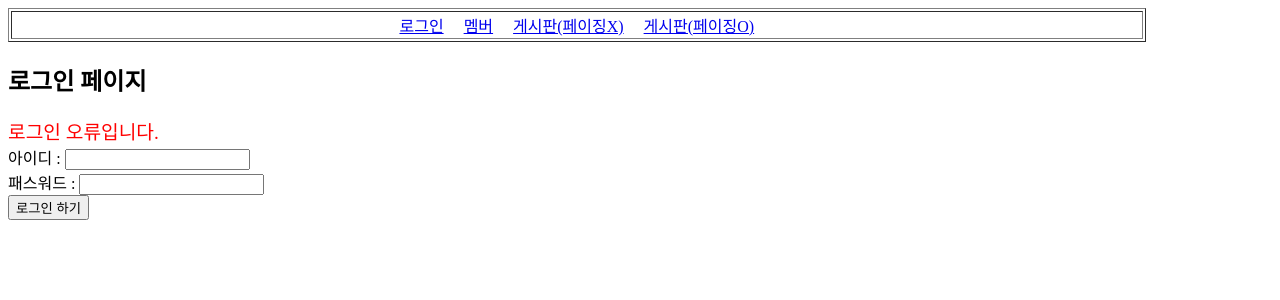
Repository: jungwoonAn/jsp_basic
Page: http://localhost/MustHaveJSP/06_Session/LoginProcess.jsp
An editor plug-in stored every save of this project. The page is shown before and after the next save, followed by the edit.
The browser window is 1280 px wide. The pictures show the whole page.
The page is served by Tomcat 10. Other server files are loaded and not shown. Queries for data that is not in the repository find no rows.

Above is the page before, as saved 2024-10-21 07:07:28.

### MustHaveJSP/src/main/webapp/06_Session/LoginProcess.jsp
<%@page import="membership.MemberDAO"%>
<%@page import="membership.MemberVO"%>
<%@ page language="java" contentType="text/html; charset=UTF-8"
    pageEncoding="UTF-8"%>
<%
// 로그인 폼으로부터 받은 파라미터(아이디/패스워드)
String userId = request.getParameter("user_id");
String userPass = request.getParameter("user_pass");

// web.xml에서 가져온 데이터베이스 연결 정보
String oracleDriver = application.getInitParameter("OracleDriver");
String oracleURL = application.getInitParameter("OracleURL");
String oracleId = application.getInitParameter("OracleId");
String oraclePwd = application.getInitParameter("OraclePwd");

// 회원 테이블 DAO를 통해 회원 정보 VO 획득
MemberDAO mDao = new MemberDAO(oracleDriver, oracleURL, oracleId, oraclePwd);
MemberVO mVo = mDao.getMember(userId, userPass);
mDao.close();

// 로그인 성공 여부에 따른 처리
if(mVo.getId() != null){
	//로그인 성공
	session.setAttribute("UserId", mVo.getId());
	session.setAttribute("UserName", mVo.getName());
	response.sendRedirect("LoginForm.jsp");
}else {
	//로그인 실패
	request.setAttribute("LoginErrMsg", "로그인 오류입니다.");

	RequestDispatcher dispatcher = request.getRequestDispatcher("LoginForm.jsp");
	dispatcher.forward(request, response);
}
%>

### MustHaveJSP/src/main/webapp/06_Session/LoginForm.jsp
<%@ page language="java" contentType="text/html; charset=UTF-8"
    pageEncoding="UTF-8"%>
<!DOCTYPE html>
<html>
<head>
<meta charset="UTF-8">
<title>Session</title>
<script type="text/javascript">
	function validateForm(form){
		if(!form.user_id.value){
			alert("아이디를 입력하세요.");
			return false;
		}
		if(form.user_pass.value==""){
			alert("패스워드를 입력하세요");
			return false;
		}
	}
</script>
</head>
<body>
	<jsp:include page="../Common/Link.jsp" />

	<h2>로그인 페이지</h2>
	<span style="color: red; font-size: 1.2em;">
		<%= request.getAttribute("LoginErrMsg")  == null ?
				"" : request.getAttribute("LoginErrMsg") %>
	</span>
	<%
	if(session.getAttribute("UserId") == null){  // 로그인 상태 확인
		// 로그아웃 상태
	%>
	<form action="LoginProcess.jsp" method="post" name="loginFrm" onsubmit="return validateForm(this);">
		아이디 : <input type="text" name="user_id"><br>
		패스워드 : <input type="password" name="user_pass"><br>
		<button type="submit">로그인 하기</button>
	</form>
	<%
	} else { // 로그인된 상태
	%>
		<%= session.getAttribute("UserName") %> 회원님, 로그인하셨습니다. <br>
		<a href="Logout.jsp">[로그아웃]</a>
	<%
	}
	%>

</body>
</html>

### MustHaveJSP/src/main/webapp/Common/Link.jsp
<%@ page language="java" contentType="text/html; charset=UTF-8"
    pageEncoding="UTF-8"%>
<table border="1" style="width:90%;">
	<tr>
		<td style="text-align:center;">
		<!-- 로그인 여부에 따른 메뉴 변화 -->
		<% if(session.getAttribute("UserId")==null) {
		%>
			<a href="../06_Session/LoginForm.jsp">로그인</a>
		<%
		}else {
		%>
			<a href="../06_Session/Logout.jsp">로그아웃</a>
		<%
		}
		%>
			<!-- 게시판 링크 -->
			&nbsp;&nbsp;&nbsp;
			<a href="../06_Session/List.jsp">멤버</a>
			&nbsp;&nbsp;&nbsp;
			<a href="../08_Board/List.jsp">게시판(페이징X)</a>
			&nbsp;&nbsp;&nbsp;
			<a href="../09_PagingBoard/List.jsp">게시판(페이징O)</a>
		</td>
	</tr>

</table>

### MustHaveJSP/src/main/java/common/JDBConnect.java
package common;

import java.sql.Connection;
import java.sql.DriverManager;
import java.sql.PreparedStatement;
import java.sql.ResultSet;
import java.sql.Statement;

import jakarta.servlet.ServletContext;

public class JDBConnect {
	public Connection conn;
	public Statement stmt;
	public PreparedStatement pstmt;
	public ResultSet rs;

	// 기본 생성자
	public JDBConnect() {
		try {
			// JDBC 드라이버 로드
			Class.forName("oracle.jdbc.OracleDriver");

			// DB 연결
			String url = "jdbc:oracle:thin:@localhost:1521:xe";
			String id = "musthave";
			String pwd = "1234";
			conn = DriverManager.getConnection(url, id, pwd);

			System.out.println("DB 연결 성공(기본 생성자)");
		}catch (Exception e) {
			e.printStackTrace();
		}
	}

	// 두번째 생성자
	public JDBConnect(String driver, String url, String id, String pwd) {
		try {
			// JDBC 드라이버 로드
			Class.forName(driver);

			// DB 연결
			conn = DriverManager.getConnection(url, id, pwd);

			System.out.println("DB 연결 성공(인수 생성자 1)");
		}catch (Exception e) {
			e.printStackTrace();
		}
	}

	// 세번째 생성자
	public JDBConnect(ServletContext application) {
		try {
			// JDBC 드라이버 로드
			String driver = application.getInitParameter("OracleDriver");
			Class.forName(driver);

			// DB 연결
			String url = application.getInitParameter("OracleURL");
			String id = application.getInitParameter("OracleId");
			String pwd = application.getInitParameter("OraclePwd");
			conn = DriverManager.getConnection(url, id, pwd);

			System.out.println("DB 연결 성공(인수 생성자 2)");
		}catch (Exception e) {
			e.printStackTrace();
		}
	}

	// 연결 해제(자원 반납)
	public void close() {
		try {
			if(rs != null) rs.close();
			if(stmt != null) stmt.close();
			if(pstmt != null) pstmt.close();
			if(conn != null) conn.close();

			System.out.println("JDBC 자원 해제");
		}catch(Exception e) {
			e.printStackTrace();
		}
	}

}

### MustHaveJSP/src/main/java/membership/MemberDAO.java
package membership;

import java.util.ArrayList;
import java.util.List;

import common.JDBConnect;

public class MemberDAO extends JDBConnect {
	// DB 연결이 완료된 MemberDAO 객체 생성
	public MemberDAO(String driver, String url, String id, String pwd) {
		super(driver, url, id, pwd);
	}

	// 아이디/패스워드와 일치하는 회원 정보 반환
	public MemberVO getMember(String id, String pass) {
		// 회원정보 VO객체 생성
		MemberVO mVo = new MemberVO();

		String sql = "select * from member where id=? and pass=?";

		try {
			// 쿼리 실행
			pstmt = conn.prepareStatement(sql);
			pstmt.setString(1, id);
			pstmt.setString(2, pass);
			rs = pstmt.executeQuery();

			// 결과 처리
			if(rs.next()) {
				// 쿼리 결과로 얻은 회원정보를 VO객체에 저장
				mVo.setId(rs.getString("id"));
				mVo.setPass(rs.getString("pass"));
				mVo.setName(rs.getString("name"));
				mVo.setRegidate(rs.getString("regidate"));
			}

		}catch(Exception e) {
			e.printStackTrace();
		}

		return mVo;
	}

	// 회원 목록 전체 조회
	public List<MemberVO> getAllMember() {
		List<MemberVO> list = new ArrayList<MemberVO>();
		String sql = "select * from member";

		try {
			pstmt = conn.prepareStatement(sql);
			rs = pstmt.executeQuery();

			while(rs.next()) {
				MemberVO mVo = new MemberVO();

				mVo.setId(rs.getString("id"));
				mVo.setPass(rs.getString("pass"));
				mVo.setName(rs.getString("name"));
				mVo.setRegidate(rs.getString("regidate"));

				list.add(mVo);
			}
		}catch(Exception e) {
			e.printStackTrace();
		}

		return list;
	}
}

### MustHaveJSP/src/main/java/membership/MemberVO.java
package membership;

public class MemberVO {
	// 멤버 변수 선언
	private String id;
	private String pass;
	private String name;
	private String regidate;

	// 멤버 변수별 게터와 세터
	public String getId() {
		return id;
	}
	public void setId(String id) {
		this.id = id;
	}
	public String getPass() {
		return pass;
	}
	public void setPass(String pass) {
		this.pass = pass;
	}
	public String getName() {
		return name;
	}
	public void setName(String name) {
		this.name = name;
	}
	public String getRegidate() {
		return regidate;
	}
	public void setRegidate(String regidate) {
		this.regidate = regidate;
	}
}

After the next save:
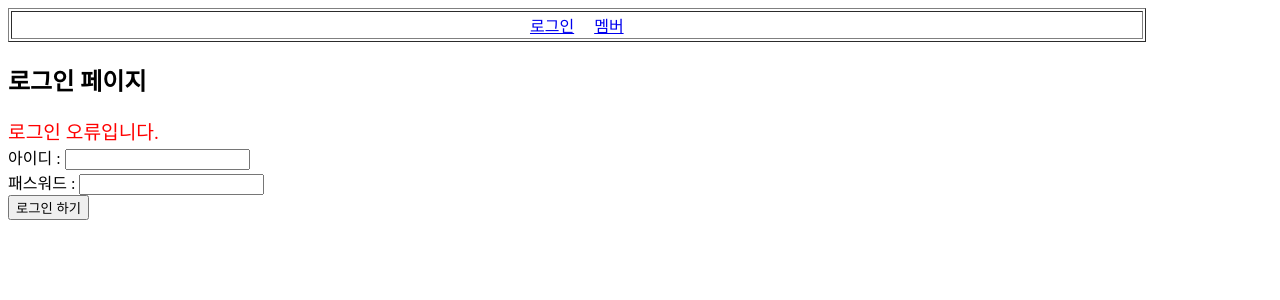
Saved 77 s later.
--- a/MustHaveJSP/src/main/webapp/Common/Link.jsp
+++ b/MustHaveJSP/src/main/webapp/Common/Link.jsp
@@ -17,10 +17,13 @@
 			<!-- 게시판 링크 -->
 			&nbsp;&nbsp;&nbsp;
 			<a href="../06_Session/List.jsp">멤버</a>
+
+			<!--
 			&nbsp;&nbsp;&nbsp;
 			<a href="../08_Board/List.jsp">게시판(페이징X)</a>
 			&nbsp;&nbsp;&nbsp;
 			<a href="../09_PagingBoard/List.jsp">게시판(페이징O)</a>
+			 -->
 		</td>
 	</tr>
 
